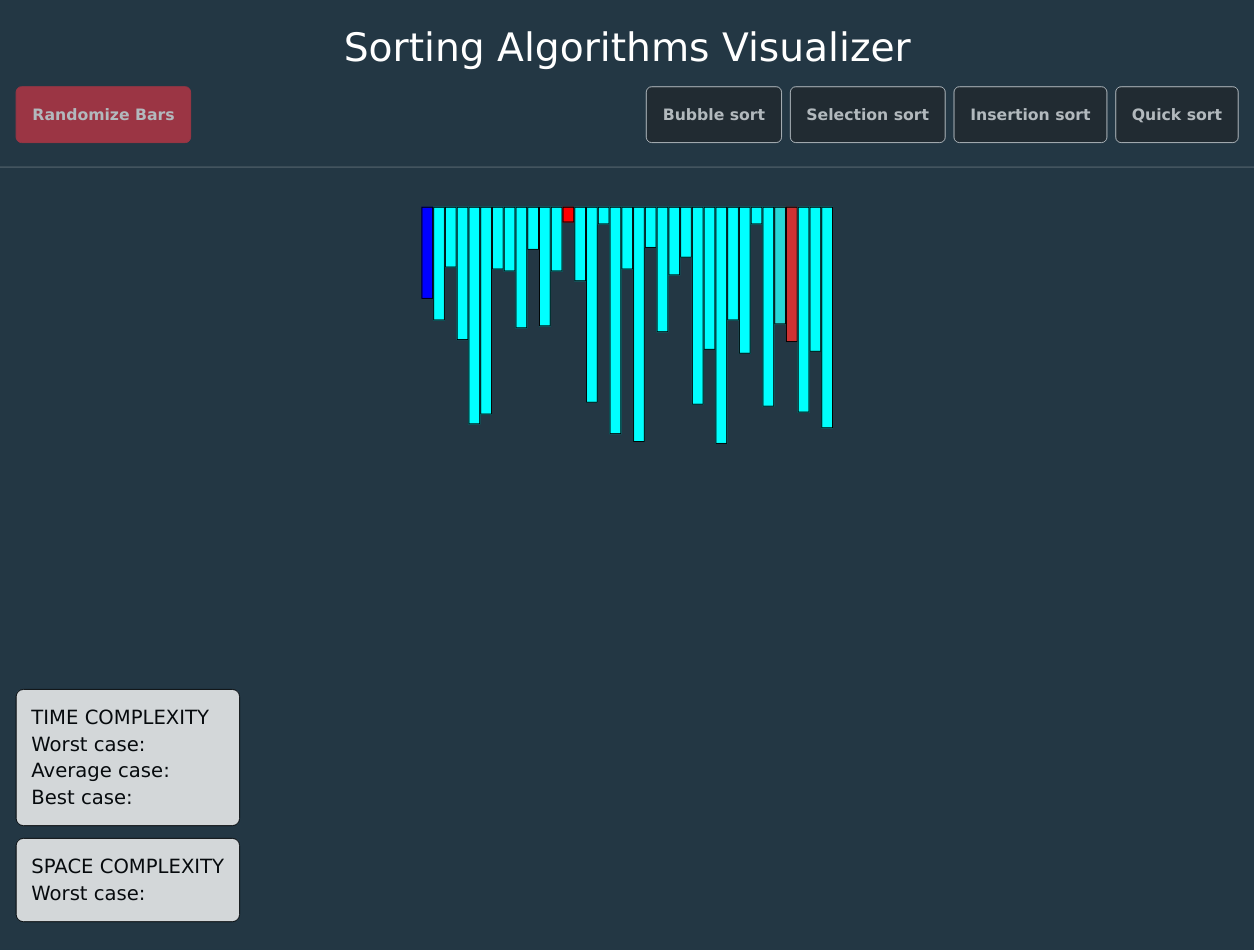
Repository: Vasil1001/Sorting-Algorithms-Visualizer-js
Page: views/index.html
The author's editor kept a copy of each file at every save. The page is drawn from the files as they stood at one save, then again after a run of saves.
The browser window is 1280 px wide. The pictures show the whole page, at 98% of full size.
After loading, the first visible `#selection_sort` was clicked once.

Above is the page before, as saved 2022-11-04 01:29:31.

### views/index.html
<!doctype html>
<html lang="en">

<head>
  <meta charset="utf-8">
  <meta name="viewport" content="width=device-width, initial-scale=1">

  <title>Sorting Algorithms Visualizer</title>

  <!-- Import css & bootstrap-->
  <link href="https://cdn.jsdelivr.net/npm/bootstrap@5.2.2/dist/css/bootstrap.min.css" rel="stylesheet"
    integrity="sha384-Zenh87qX5JnK2Jl0vWa8Ck2rdkQ2Bzep5IDxbcnCeuOxjzrPF/et3URy9Bv1WTRi" crossorigin="anonymous">
  <link rel="stylesheet" href="/css/base.css">

</head>

<body>

  <h1 align="center" class="mt-4">Sorting Algorithms Visualizer</h1>


  <nav class="navbar navbar-expand-lg">

    <div class="container-fluid">
      <button type="button" class="btn btn-danger mx-1 p-3 " id="new_array" style="color: white;"><b>Randomize Bars </b>
      </button>
      <ul class="navbar-nav">
        <li class="nav-item">
          <button type="button" class="btn btn-dark border-light mx-1 p-3 " id="bubble_sort"
            style="color: white;"><b>Bubble sort</b> </button>
        </li>
        <li class="nav-item">
          <button type="button" class="btn btn-dark border-light mx-1 p-3 " id="selection_sort"
            style="color: rgb(255, 255, 255);">
            <b>Selection sort</b></button>
        </li>
        <li class="nav-item">
          <button type="button" class="btn btn-dark border-light mx-1 p-3 " id="insertion_sort" style="color: white;">
            <b>Insertion sort</b></button>
        </li>
        <li class="nav-item">
          <button type="button" class="btn btn-dark border-light mx-1 p-3 " id="quick_sort" style="color: white;">
            <b>Quick sort</b></button>
        </li>

      </ul>
    </div>
  </nav>

  <hr style="color: white;">

  <div id="bars" class="bars flex-container p-4"></div>

  <div id="boxes">

    <div id="leftbox">
      <div id="box1">
        <h5>TIME COMPLEXITY</h5>
        <div>
          <h5>Worst case: </h5>
          <h5 id="worst_time"></h5>
        </div>
        <div>
          <h5>Average case: </h5>
          <h5 id="average_time"></h5>
        </div>
        <div>
          <h5>Best case: </h5>
          <h5 id="best_time"></h5>
        </div>

      </div>

      <div id="box2">

        <h5>SPACE COMPLEXITY</h5>
        <div>
          <h5>Worst case:</h5>
          <h5 id="space_complexity"></h5></div>
      </div>
    </div>

  </div>


  <!-- Import css & bootstrap-->
  <script src="https://cdn.jsdelivr.net/npm/bootstrap@5.2.2/dist/js/bootstrap.bundle.min.js"
    integrity="sha384-OERcA2EqjJCMA+/3y+gxIOqMEjwtxJY7qPCqsdltbNJuaOe923+mo//f6V8Qbsw3"
    crossorigin="anonymous"></script>

  <script src="/sort_algos_js_files/index.js"></script>

  <script src="/sort_algos_js_files/bubble.js"></script>
  <script src="/sort_algos_js_files/selection.js"></script>
  <script src="/sort_algos_js_files/insertion.js"></script>
  <script src="/sort_algos_js_files/quicksort.js"></script>


</body>

</html>

### css/base.css
body {
    background-color: rgb(35, 55, 68);
    color:white;
    font-size: 18px;
    font-family: 'Lucida Sans', 'Lucida Sans Regular', 'Lucida Grande', 'Lucida Sans Unicode', Geneva, Verdana, sans-serif;
}

.flex-container{
    margin-top: 1px;
    display: flex;
    flex-wrap: nowrap;
    justify-content: center;
    transition: 1.5s all ease;
    width: 100%;
    height: 500px;

}

/* STYLING FOR THE BARS */
.flex-item{
    background: rgb(0, 255, 251);
    border: 1pt solid black;
    width: 12px;
    transition: 0.1s all ease;
}

#leftbox {
    float:left;
    color: black;
    padding: 16px;
}

#box1, #box2 {
    background:white;
    opacity: 0.8;
    border: 1pt solid black;
    border-radius: 8px;
    padding: 15px;
    margin-bottom: 12px;
}

h5 {
    display: inline;
}

### sort_algos_js_files/index.js
let random_array_100 = [];
createBarArray();

function createBarArray() {
    // replace array
    deletePreviousArray()

    // Array to store randomly generated numbers
    random_array_100 = [];
    var numberOfBars = 0;
    let l = 35;

    // get a random number and add it to the array until there are 100 in array
    for (numberOfBars = 0; numberOfBars < l; numberOfBars++) {
        random_array_100.push(Math.round(Math.random() * l * 3.5));
    }
    // print 100 random numbers of the array
    console.log(random_array_100);


    // select the div #bars element
    const bars = document.querySelector("#bars");
    // make bars with height from random array numbers
    for (let i = 0; i < random_array_100.length; i++) {
        // create div bar for each number in the array
        const bar = document.createElement("div");
        bar.style.height = `${random_array_100[i] * 2}px`;
        bar.classList.add('bar');
        bar.classList.add('flex-item');
        bar.classList.add(`barNo${i}`);
        bars.appendChild(bar);
    }
}

function deletePreviousArray() {
    const bar = document.querySelector("#bars");
    bar.innerHTML = '';
}

document.getElementById("new_array").addEventListener("click", function () {
    createBarArray();
});

function swap(element1, element2) {
    //https://www.geeksforgeeks.org/bubble-sort/
    let temp = element1.style.height;
    element1.style.height = element2.style.height;
    element2.style.height = temp;
}

// disable all the buttons or if button is pressed again algo will bug out
function disableButtonsOnSortRun() {
    document.getElementById("new_array").disabled = true;

    document.getElementById("bubble_sort").disabled = true;
    document.getElementById("selection_sort").disabled = true;
    document.getElementById("insertion_sort").disabled = true;
    document.getElementById("quick_sort").disabled = true;
}

function enableButtonsAfterSortRun() {
    document.getElementById("new_array").disabled = false;

    document.getElementById("bubble_sort").disabled = false;
    document.getElementById("selection_sort").disabled = false;
    document.getElementById("insertion_sort").disabled = false;
    document.getElementById("quick_sort").disabled = false;
}

### sort_algos_js_files/bubble.js
async function bubbleSort() {

    //Setting Time complexities
    document.getElementById("worst_time").innerText="O(N^2)";
    document.getElementById("average_time").innerText="Θ(N^2)";
    document.getElementById("best_time").innerText="Ω(N)";

    //Setting Space complexity
    document.getElementById("space_complexity").innerText="O(1)";

    console.log('bubble sort clicked');
    // get the bars from index
    const barsArray = document.querySelectorAll(".bar");

    for (let i = 0; i < barsArray.length - 1; i++) {
        console.log("In first i loop");

        for (j = 0; j < barsArray.length - i - 1; j++) {
            console.log("In j loop");
            barsArray[j].style.background = 'blue';
            barsArray[j + 1].style.background = 'blue';

            if (parseInt(barsArray[j].style.height) > parseInt(barsArray[j + 1].style.height)) {
                console.log("If barsArray 1 > barsArray 2 swap them");
                await new Promise(r => setTimeout(r, 50));
                swap(barsArray[j], barsArray[j + 1]);
            }
            barsArray[j].style.background = 'cyan';
            barsArray[j + 1].style.background = 'cyan';
        }
        barsArray[barsArray.length - 1 - i].style.background = 'pink';
    }
    barsArray[0].style.background = 'pink';
}


document.getElementById("bubble_sort").addEventListener("click", async function () {
    disableButtonsOnSortRun();
    await bubbleSort();
    enableButtonsAfterSortRun();

});

### sort_algos_js_files/selection.js
async function selectionSort() {
    console.log('bubble sort clicked');
    // get the bars from index
    const barsArray = document.querySelectorAll(".bar");

    // One by one move boundary of unsorted subarray
    for (let i = 0; i < barsArray.length; i++) {
        console.log("In first i loop");
        // Find the minimum barsArray in unsorted array
        let min_idx = i;
        //mark the smallest height in blue bar
        barsArray[i].style.background = 'blue';

        for (let j = i + 1; j < barsArray.length; j++) {
            console.log("In j loop");
            // Change color for the current comparision (in consideration for min_index)
            barsArray[j].style.background = 'red';

            await new Promise(r => setTimeout(r, 50));
            if (parseInt(barsArray[j].style.height) < parseInt(barsArray[min_idx].style.height)) {
                console.log("If barsArray 1 < current smallest barsArray change current smalest");
                if (min_idx !== i) {
                    //  there is a new minimum so change last to normal cyan
                    barsArray[min_idx].style.background = 'cyan';
                }
                min_idx = j;
            }
            else {
                barsArray[j].style.background = 'cyan';
            }
        }
        await new Promise(r => setTimeout(r, 50));
        swap(barsArray[min_idx], barsArray[i]);

        // color mid index blue after reset as it has been swapped
        barsArray[min_idx].style.background = 'cyan';

        // change the sorted bar color to green
        barsArray[i].style.background = 'green';
    }
}


document.getElementById("selection_sort").addEventListener("click", async function () {
    disableButtonsOnSortRun();
    await selectionSort();
    enableButtonsAfterSortRun();

});

### sort_algos_js_files/insertion.js
async function insertionSort() {

    //Setting Time complexities
    document.getElementById("worst_time").innerText="O(N^2)";
    document.getElementById("average_time").innerText = "Θ(N^2)";
    document.getElementById("best_time").innerText = "Ω(N)";

    //Setting Space complexity
    document.getElementById("space_complexity").innerText = "O(1)";

    console.log('insertion sort clicked');

    // get the bars from index
    const barsArray = document.querySelectorAll(".bar");
    barsArray[0].style.background = 'green';

    for (let i = 1; i < barsArray.length; i++) {
        console.log("In first i loop");

        let key = barsArray[i].style.height;
        let j = i - 1;

        barsArray[i].style.background = 'blue';

        await new Promise(r => setTimeout(r, 50));

        while (j >= 0 && (parseInt(barsArray[j].style.height) > parseInt(key))) {
            console.log("In j loop");
            barsArray[j].style.background = 'blue';
            barsArray[j + 1].style.height = barsArray[j].style.height;
            j--;

            await new Promise(r => setTimeout(r, 50));

            // color sorted side
            for (let k = i; k >= 0; k--) {
                barsArray[k].style.background = 'yellow';
            }
        }
        barsArray[j + 1].style.height = key;
        barsArray[i].style.background = 'yellow';

    }
}


document.getElementById("insertion_sort").addEventListener("click", async function () {
    disableButtonsOnSortRun();
    await insertionSort();
    enableButtonsAfterSortRun();

});

### sort_algos_js_files/quicksort.js
async function quickSort() {

    //Setting Time complexities
    document.getElementById("worst_time").innerText="O(N^2)";
    document.getElementById("average_time").innerText = "Θ(N log N)";
    document.getElementById("best_time").innerText = "Ω(N log N)";

    //Setting Space complexity
    document.getElementById("space_complexity").innerText = "O(log N)";


    console.log('quicksort clicked');
    // get the bars from index
    const barsArray = document.querySelectorAll(".bar");
    barsArray[0].style.background = 'green';

    let pivot = barsArray
    for (let i = 1; i < barsArray.length; i++) {
        console.log("In first i loop");

        let key = barsArray[i].style.height;
        let j = i - 1;

        barsArray[i].style.background = 'blue';

        await new Promise(r => setTimeout(r, 50));

        while (j >= 0 && (parseInt(barsArray[j].style.height) > parseInt(key))) {
            console.log("In j loop");
            barsArray[j].style.background = 'blue';
            barsArray[j + 1].style.height = barsArray[j].style.height;
            j--;

            await new Promise(r => setTimeout(r, 50));

            // color sorted side
            for (let k = i; k >= 0; k--) {
                barsArray[k].style.background = 'yellow';
            }
        }
        barsArray[j + 1].style.height = key;
        barsArray[i].style.background = 'yellow';

    }
}

async function partition(barsArray, low, high) {
    let i = (low - 1);

    barsArray[high].style.background = 'red';

    for (let j = low; j <= high - 1; j++) {
        barsArray[j].style.background = 'yellow';

        await new Promise(r => setTimeout(r, 50));

        if (parseInt(barsArray[j].style.height) < parseInt(barsArray[high].style.height)) {
            i++;
            swap(barsArray[i], barsArray[j]);

            barsArray[i].style.background = 'orange';
            await new Promise(r => setTimeout(r, 50));
        } else {
            // color if not less than pivot
            barsArray[j].style.background = 'blue';
        }
    }
    i++;
    await new Promise(r => setTimeout(r, 50));
    swap(barsArray[i], barsArray[high])

    barsArray[high].style.background = 'blue';
    barsArray[low].style.background = 'green';

    await new Promise(r => setTimeout(r, 50));

    // color
    for (let k = 0; k < barsArray.length; k++) {
        if (barsArray[k].style.background != 'green')
            barsArray[k].style.background = 'green';
    }
    return i;
}

async function quickSort(barsArray, low, high) {
    if (low < high) {
        let pivot_index = await partition(barsArray, low, high);
        await quickSort(barsArray, low, pivot_index - 1);
        await quickSort(barsArray, pivot_index + 1, high);
    } else {
        if (low >= 0 && high >= 0 && low < barsArray.length && high < barsArray.length) {
            barsArray[high].style.background = 'green';
            barsArray[low].style.background = 'green';
        }
    }
}

document.getElementById("quick_sort").addEventListener("click", async function () {
    let barsArray = document.querySelectorAll('.bar');
    let low = 0;
    let high = barsArray.length - 1;

    disableButtonsOnSortRun();
    await quickSort(barsArray, low, high);
    enableButtonsAfterSortRun();
});

After the next 2 saves:
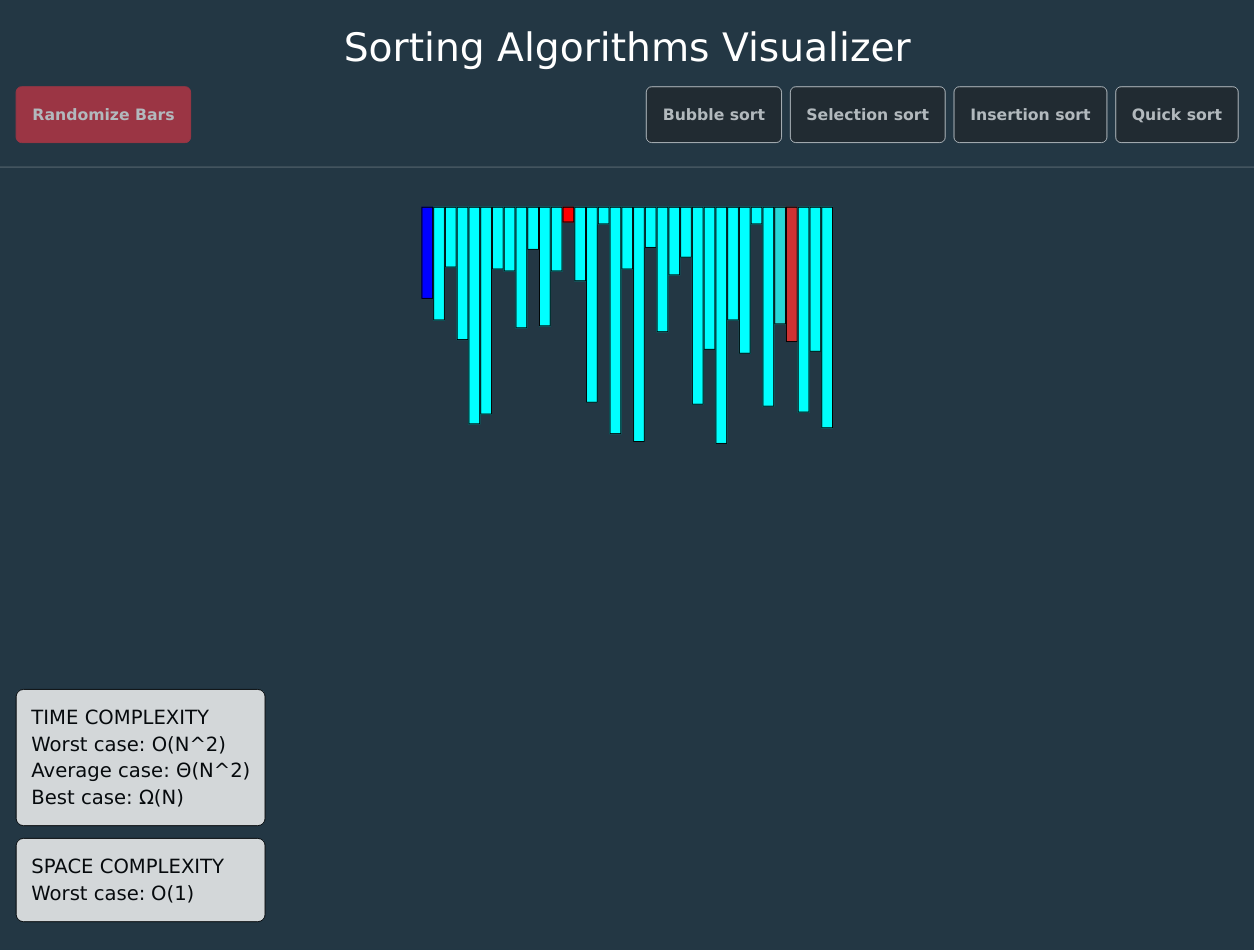
The 2 saves are shown as one change because they came seconds apart.
The last was saved 31 s later.
--- a/sort_algos_js_files/selection.js
+++ b/sort_algos_js_files/selection.js
@@ -1,4 +1,13 @@
 async function selectionSort() {
+
+    //Setting Time complexities
+    document.getElementById("worst_time").innerText="O(N^2)";
+    document.getElementById("average_time").innerText = "Θ(N^2)";
+    document.getElementById("best_time").innerText = "Ω(N)";
+
+    //Setting Space complexity
+    document.getElementById("space_complexity").innerText = "O(1)";
+
     console.log('bubble sort clicked');
     // get the bars from index
     const barsArray = document.querySelectorAll(".bar");
